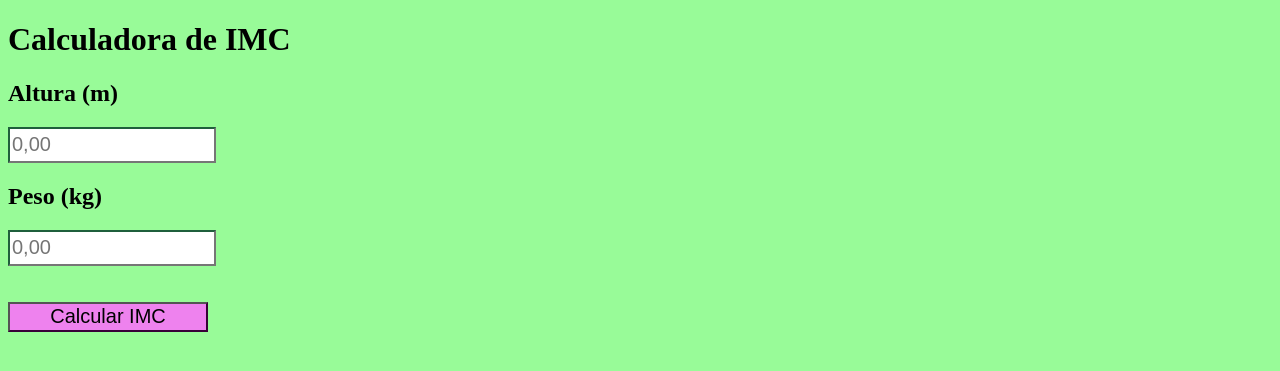
Repository: DeboraGuerra/programacaoWeb
Page: http://localhost/Desafio03/
The author's editor kept a copy of each file at every save. The page is drawn from the files as they stood at one save, then again after the next save.
The browser window is 1280 px wide. The pictures show the whole page.
The page is served by Tomcat 9.

Above is the page before, as saved 2020-03-24 00:08:26.

After the next save:
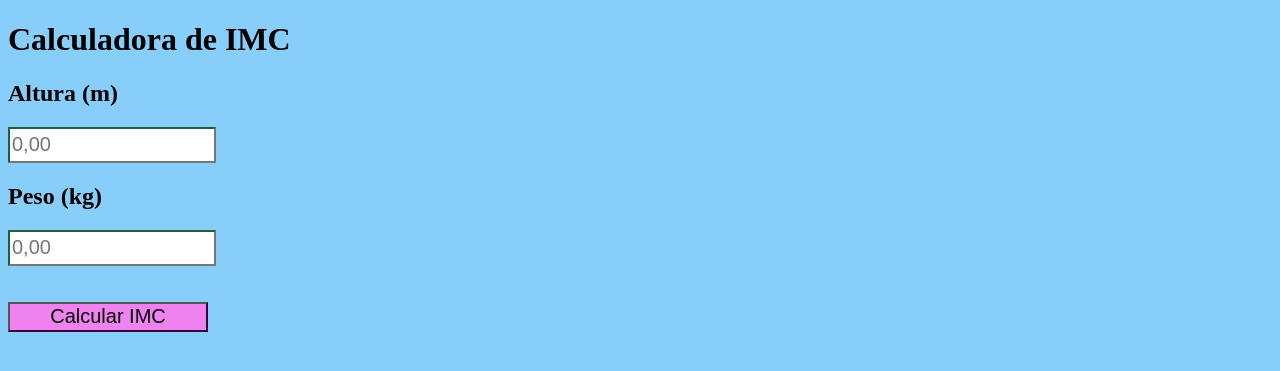
Saved 49 s later.
--- a/projetos-java/Desafio03/WebContent/style.css
+++ b/projetos-java/Desafio03/WebContent/style.css
@@ -1,7 +1,7 @@
 @charset "UTF-8";
 
 .bkgPadrao {
-	background-color: #98fb98;
+	background-color: #87cefa;
 }
 
 .caixa {
